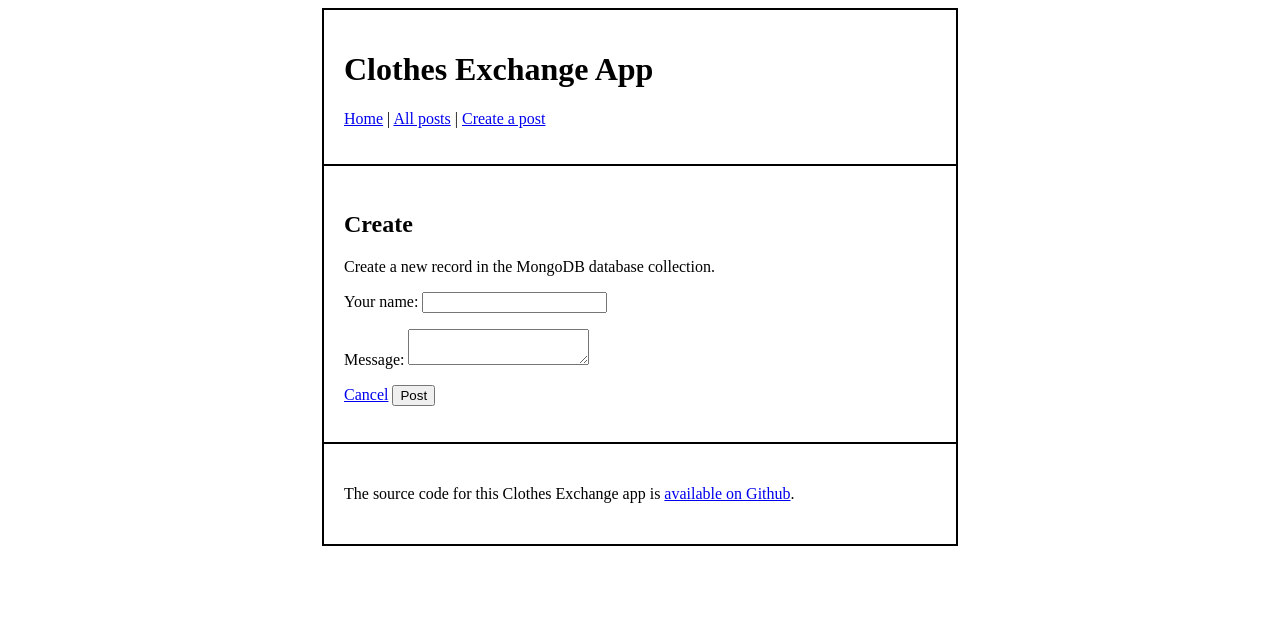
Repository: dbdesign-students-spring2024/7-web-app-dianachen1013
Page: http://localhost/create
These files come from the project's save history. The page is drawn as it stood at one moment and after the next save; the edit follows.
The browser window is 1280 px wide. The pictures show the whole page.
The page is served by the project's application, run on Flask 3 (app.py).

Above is the page before, as saved 2024-04-15 18:18:34.

### templates/create.html
{% extends 'base.html' %} {% block container %}
<h2>Create</h2>
<p>Create a new record in the MongoDB database collection.</p>
<form method="POST" action="{{ url_for('create_post') }}">
  <p>Your name: <input type="text" id="fname" name="fname" /><br /></p>
  <p>
    Message:
    <textarea type="text" id="fmessage" name="fmessage"></textarea>
  </p>
  <p>
    <a href="{{ url_for('read')}}">Cancel</a>
    <input type="submit" name="post-btn" value="Post" />
  </p>
</form>
{% endblock %}

### templates/base.html
<!DOCTYPE html>
<html>
  <head>
    <title>Clothes Exchange App</title>
    <link
      rel="stylesheet"
      href="{{ url_for('static', filename='css/style.css') }}"
    />
  </head>
  <body>
    <div class="container">
      <header>
        <h1>Clothes Exchange App</h1>
        <p>
          <a href="{{ url_for('home')}}">Home</a> |
          <a href="{{ url_for('read')}}">All posts</a> |
          <a href="{{ url_for('create')}}">Create a post</a>
        </p>
      </header>
      <main>{% block container %} {% endblock %}</main>
      <footer>
        <p>
          The source code for this Clothes Exchange app is
          <a href="https://github.com/dbdesign-students-spring2024/7-web-app-dianachen1013"
            >available on Github</a
          >.
        </p>
      </footer>
    </div>
  </body>
</html>

### app.py
#!/usr/bin/env python3

import os
import sys
import subprocess
import datetime

from flask import Flask, render_template, request, redirect, url_for, make_response

# import logging
import sentry_sdk
from sentry_sdk.integrations.flask import (
    FlaskIntegration,
)  # delete this if not using sentry.io

# from markupsafe import escape
import pymongo
from pymongo.errors import ConnectionFailure
from bson.objectid import ObjectId
from dotenv import load_dotenv

# load credentials and configuration options from .env file
# if you do not yet have a file named .env, make one based on the template in env.example
load_dotenv(override=True)  # take environment variables from .env.

# initialize Sentry for help debugging... this requires an account on sentrio.io
# you will need to set the SENTRY_DSN environment variable to the value provided by Sentry
# delete this if not using sentry.io
sentry_sdk.init(
    dsn=os.getenv("SENTRY_DSN"),
    # enable_tracing=True,
    # Set traces_sample_rate to 1.0 to capture 100% of transactions for performance monitoring.
    traces_sample_rate=1.0,
    # Set profiles_sample_rate to 1.0 to profile 100% of sampled transactions.
    # We recommend adjusting this value in production.
    integrations=[FlaskIntegration()],
    send_default_pii=True,
)

# instantiate the app using sentry for debugging
app = Flask(__name__)

# # turn on debugging if in development mode
# app.debug = True if os.getenv("FLASK_ENV", "development") == "development" else False

# try to connect to the database, and quit if it doesn't work
try:
    cxn = pymongo.MongoClient(os.getenv("MONGO_URI"))
    db = cxn[os.getenv("MONGO_DBNAME")]  # store a reference to the selected database

    # verify the connection works by pinging the database
    cxn.admin.command("ping")  # The ping command is cheap and does not require auth.
    print(" * Connected to MongoDB!")  # if we get here, the connection worked!
except ConnectionFailure as e:
    # catch any database errors
    # the ping command failed, so the connection is not available.
    print(" * MongoDB connection error:", e)  # debug
    sentry_sdk.capture_exception(e)  # send the error to sentry.io. delete if not using
    sys.exit(1)  # this is a catastrophic error, so no reason to continue to live


# set up the routes


@app.route("/")
def home():
    """
    Route for the home page.
    Simply returns to the browser the content of the index.html file located in the templates folder.
    """
    return render_template("index.html")


@app.route("/read")
def read():
    """
    Route for GET requests to the read page.
    Displays some information for the user with links to other pages.
    """
    docs = db.exampleapp.find({}).sort(
        "created_at", -1
    )  # sort in descending order of created_at timestamp
    return render_template("read.html", docs=docs)  # render the read template


@app.route("/create")
def create():
    """
    Route for GET requests to the create page.
    Displays a form users can fill out to create a new document.
    """
    return render_template("create.html")  # render the create template


@app.route("/create", methods=["POST"])
def create_post():
    """
    Route for POST requests to the create page.
    Accepts the form submission data for a new document and saves the document to the database.
    """
    name = request.form["fname"]
    message = request.form["fmessage"]
    brand = request.form["fbrand"]

    # create a new document with the data the user entered
    doc = {"name": name, "message": message, "brand": brand, "created_at": datetime.datetime.utcnow()}
    db.exampleapp.insert_one(doc)  # insert a new document

    return redirect(
        url_for("read")
    )  # tell the browser to make a request for the /read route


@app.route("/edit/<mongoid>")
def edit(mongoid):
    """
    Route for GET requests to the edit page.
    Displays a form users can fill out to edit an existing record.

    Parameters:
    mongoid (str): The MongoDB ObjectId of the record to be edited.
    """
    doc = db.exampleapp.find_one({"_id": ObjectId(mongoid)})
    return render_template(
        "edit.html", mongoid=mongoid, doc=doc
    )  # render the edit template


@app.route("/edit/<mongoid>", methods=["POST"])
def edit_post(mongoid):
    """
    Route for POST requests to the edit page.
    Accepts the form submission data for the specified document and updates the document in the database.

    Parameters:
    mongoid (str): The MongoDB ObjectId of the record to be edited.
    """
    name = request.form["fname"]
    message = request.form["fmessage"]
    brand = request.form["fbrand"]

    doc = {
        # "_id": ObjectId(mongoid),
        "name": name,
        "message": message,
        "brand": brand,
        "created_at": datetime.datetime.utcnow(),
    }

    db.exampleapp.update_one(
        {"_id": ObjectId(mongoid)}, {"$set": doc}  # match criteria
    )

    return redirect(
        url_for("read")
    )  # tell the browser to make a request for the /read route


@app.route("/delete/<mongoid>")
def delete(mongoid):
    """
    Route for GET requests to the delete page.
    Deletes the specified record from the database, and then redirects the browser to the read page.

    Parameters:
    mongoid (str): The MongoDB ObjectId of the record to be deleted.
    """
    db.exampleapp.delete_one({"_id": ObjectId(mongoid)})
    return redirect(
        url_for("read")
    )  # tell the web browser to make a request for the /read route.


@app.route("/webhook", methods=["POST"])
def webhook():
    """
    GitHub can be configured such that each time a push is made to a repository, GitHub will make a request to a particular web URL... this is called a webhook.
    This function is set up such that if the /webhook route is requested, Python will execute a git pull command from the command line to update this app's codebase.
    You will need to configure your own repository to have a webhook that requests this route in GitHub's settings.
    Note that this webhook does do any verification that the request is coming from GitHub... this should be added in a production environment.
    """
    # run a git pull command
    process = subprocess.Popen(["git", "pull"], stdout=subprocess.PIPE)
    pull_output = process.communicate()[0]
    # pull_output = str(pull_output).strip() # remove whitespace
    process = subprocess.Popen(["chmod", "a+x", "flask.cgi"], stdout=subprocess.PIPE)
    chmod_output = process.communicate()[0]
    # send a success response
    response = make_response(f"output: {pull_output}", 200)
    response.mimetype = "text/plain"
    return response


@app.errorhandler(Exception)
def handle_error(e):
    """
    Output any errors - good for debugging.
    """
    return render_template("error.html", error=e)  # render the edit template


# run the app
if __name__ == "__main__":
    # logging.basicConfig(filename="./flask_error.log", level=logging.DEBUG)
    app.run(load_dotenv=True)

### static/css/style.css
.container {
  border: 2px solid;
  width: 50%;
  margin: 0 auto;
}

header,
footer,
main {
  padding: 20px;
}

header,
main {
  border-bottom: 2px solid;
  margin-bottom: 5px;
}

p.post {
  font-size: 12px;
}

footer {
  margin-bottom: 5px;
}

After the next save:
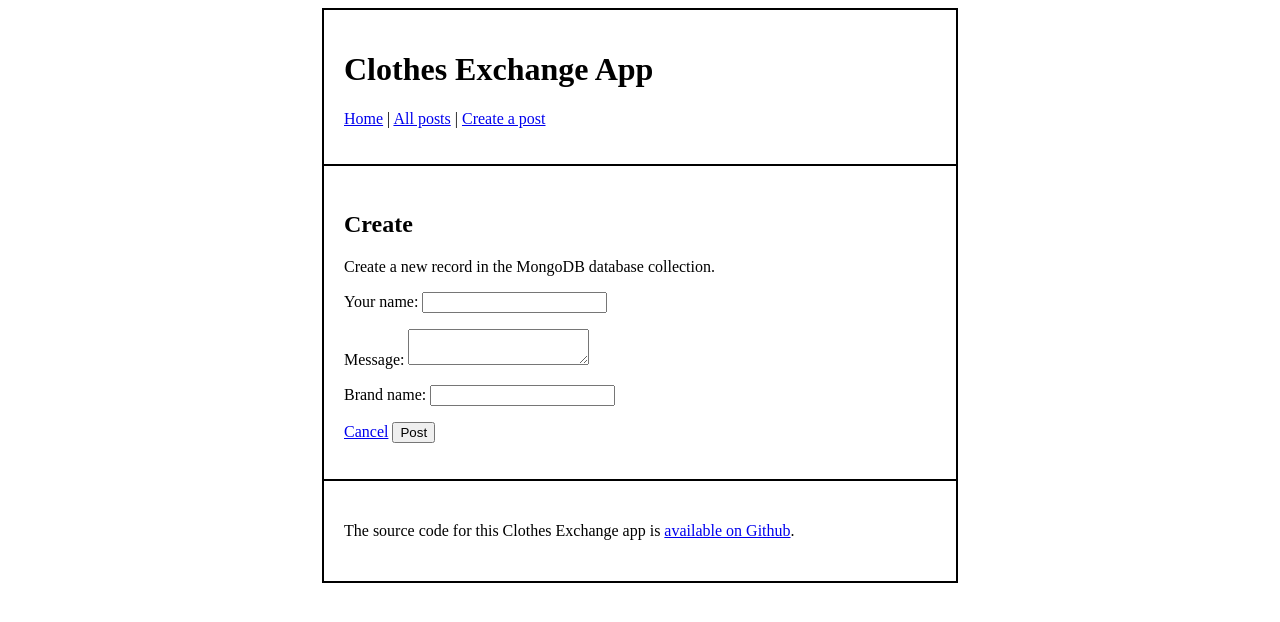
Saved 36 s later.
--- a/templates/create.html
+++ b/templates/create.html
@@ -7,6 +7,7 @@
     Message:
     <textarea type="text" id="fmessage" name="fmessage"></textarea>
   </p>
+  <p>Brand name: <input type="text" id="fbrand" name="fbrand" /><br /></p>
   <p>
     <a href="{{ url_for('read')}}">Cancel</a>
     <input type="submit" name="post-btn" value="Post" />
